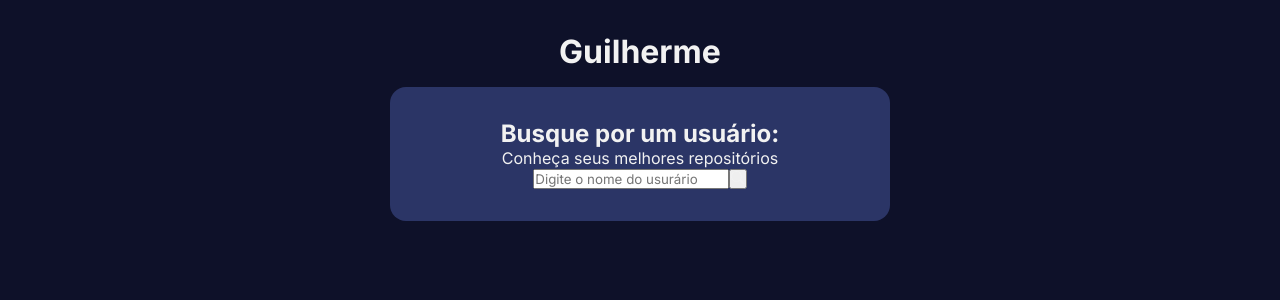
Repository: guilhermecardoso93/github-finder
Page: /
These files come from the project's save history. The page is drawn as it stood at one moment and after the next save; the edit follows.
The browser window is 1280 px wide. The pictures show the whole page.
The project was rebuilt for these pictures with package versions that can differ from the ones it lists, and the page was loaded fresh each time. Also part of the build but not shown: vite.config.ts.

Above is the page before, as saved 2024-10-24 19:47:21.

### index.html
<!doctype html>
<html lang="en">

<head>
    <meta charset="UTF-8" />
    <link rel="icon" type="image/svg+xml" href="/" />
    <link rel="preconnect" href="https://fonts.googleapis.com">
    <link rel="preconnect" href="https://fonts.gstatic.com" crossorigin>
    <link href="https://fonts.googleapis.com/css2?family=Inter:ital,opsz,wght@0,14..32,100..900;1,14..32,100..900&display=swap" rel="stylesheet">
    <meta name="viewport" content="width=device-width, initial-scale=1.0" />
    <title>GitHub Finder </title>
</head>

<body>
    <div id="root"></div>
    <script type="module" src="/src/main.tsx"></script>
</body>

</html>

### src/main.tsx
import { createBrowserRouter, RouterProvider } from "react-router-dom";
import { StrictMode } from "react";
import { createRoot } from "react-dom/client";
import { App } from "./App.tsx";
import "./index.css";

//Pages
import { Home } from "./routes/Home.tsx";

const router = createBrowserRouter([
  {
    path: "/",
    element: <App />,
    children: [
      {
        path: "/",
        element: <Home />,
      },
    ],
  },
]);

createRoot(document.getElementById("root")!).render(
  <StrictMode>
    <RouterProvider router={router} />
  </StrictMode>
);

### src/App.tsx
import { Outlet } from "react-router-dom";

import classes from './App.module.css';

export const App = () => {
  return (
    <div className={classes.app}>
      <h1>Guilherme</h1>
      <Outlet />
    </div>
  );
};

### src/index.css
* {
  padding: 0;
  margin: 0;
  box-sizing: border-box;
  font-family: "Inter", serif;
  font-optical-sizing: auto;
  color: #f2f2f2;
}

body {
  background-color: #0e1129;
  padding: 2rem;
}

p {
  text-align: center;
}

a {
  text-decoration: none;
}

### src/routes/Home.tsx
import { useState } from "react";
import { UserProps } from "../@types/user";
import { Search } from "../components/Search";

export const Home = () => {
  const [user, setUser] = useState<UserProps | null>(null);

  async function loadUser(userName: string) {
    const res = await fetch(`https://api.github.com/users/${userName}`);
    const data = await res.json();

    const { avatar_url, login, location, followers, following } = data;

    const userData: UserProps = {
      avatar_url,
      login,
      location,
      followers,
      following,
    };

    setUser(userData);
  }

  return (
    <>
      <Search loadUser={loadUser} />
      {
        user && <p>{user.login}</p>
      }
    </>
  );
};

### src/App.module.css
.app {
  max-width: 500px;
  margin: 0 auto;
}

.app h1 {
  text-align: center;
  margin-bottom: 1rem;
}

### src/components/Search/index.tsx
import { useState } from "react";
import { BsSearch } from "react-icons/bs";

import classes from './styles.module.css'

type SearchProps = {
  loadUser: (userName: string) => Promise<void>;
};

export const Search = ({ loadUser }: SearchProps) => {
  const [userName, setUserName] = useState("");

  return (
    <div className={classes.container}>
      <h2>Busque por um usuário:</h2>
      <p>Conheça seus melhores repositórios</p>
      <div>
        <input
          type="text"
          placeholder="Digite o nome do usurário"
          onChange={(e) => setUserName(e.target.value)}
        />
        <button onClick={() => loadUser(userName)}>
          <BsSearch />
        </button>
      </div>
    </div>
  );
};

### src/components/Search/styles.module.css
.container {
  background-color: #2b3566;
  padding: 2rem;
  border-radius: 1rem;
  display: flex;
  flex-direction: column;
  align-items: center;
}

After the next save:
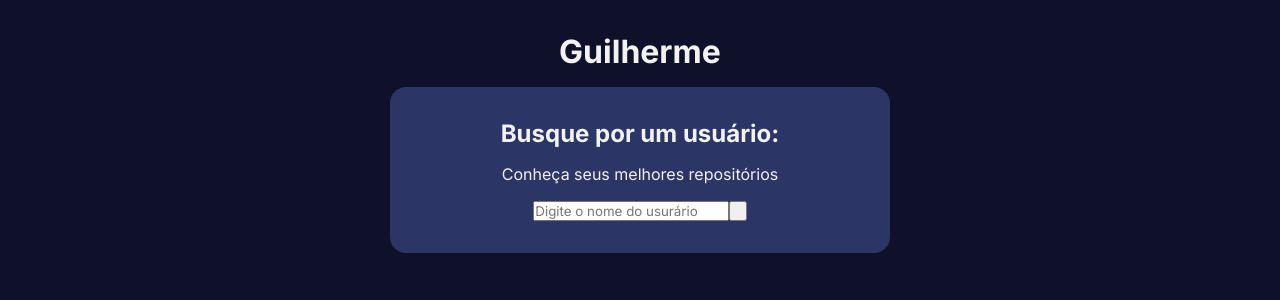
Saved 7 s later.
--- a/src/components/Search/styles.module.css
+++ b/src/components/Search/styles.module.css
@@ -2,6 +2,7 @@
   background-color: #2b3566;
   padding: 2rem;
   border-radius: 1rem;
+  gap: 1rem;
   display: flex;
   flex-direction: column;
   align-items: center;
